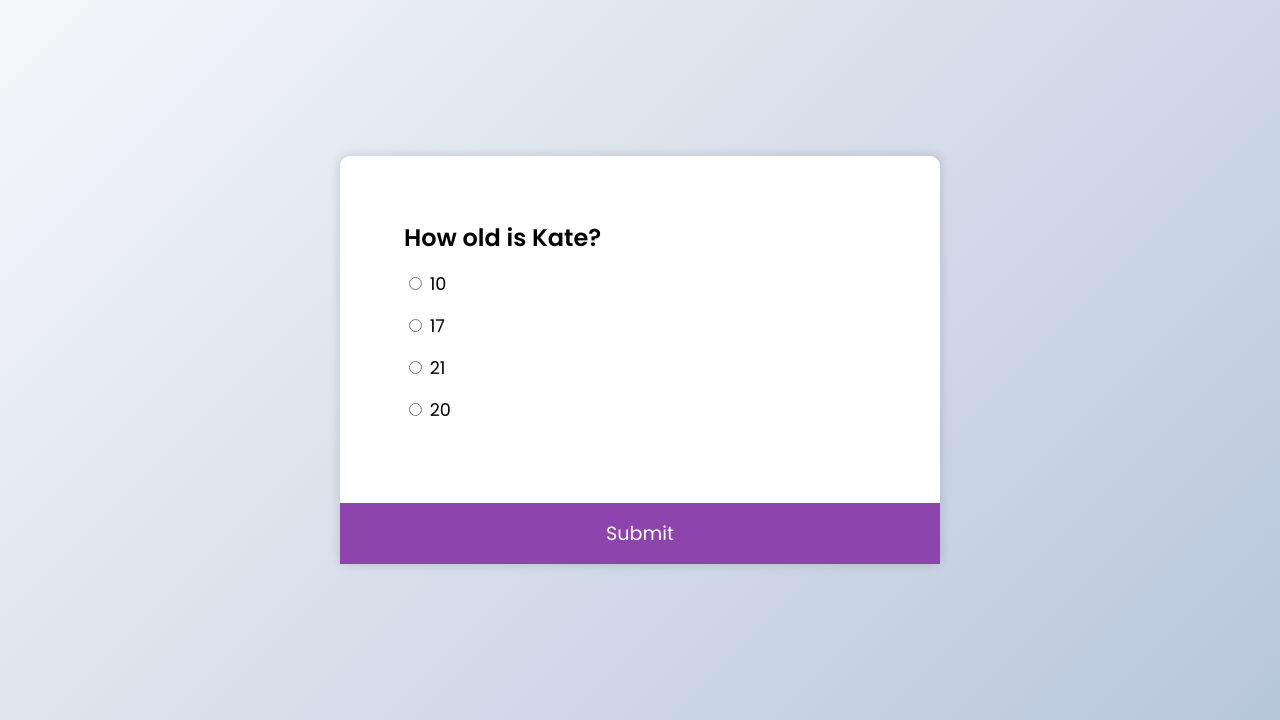
Repository: kate30980/projects-js-practice
Page: quiz-app/index.html
The author's editor kept a copy of each file at every save. The page is drawn from the files as they stood at one save, then again after the next save.
The browser window is 1280 px wide. The pictures show the whole page.
After loading, the first visible `#submit` was clicked once.

Above is the page before, as saved 2021-09-05 22:20:59.
Console error: ReferenceError: currentQuestion is not defined

### quiz-app/index.html
<!DOCTYPE html>
<html lang="en">

<head>
    <meta charset="UTF-8" />
    <meta name="viewport" content="width=device-width, initial-scale=1.0" />
    <title>Title</title>
    <link rel="stylesheet" href="style.css" />
    <script src="script.js" defer></script>
</head>

<body>
    <div class="quiz-container">
        <div class="quiz-header">
            <h2 id="question">Question text</h2>
            <ul>
                <li>
                    <input type="radio" id="a" name="answer">
                    <label id="a_text" for="a">Question</label>
                </li>
                <li>
                    <input type="radio" id="b" name="answer">
                    <label id="b_text" for="b">Question</label>
                </li>
                <li>
                    <input type="radio" id="c" name="answer">
                    <label id="c_text" for="c">Question</label>
                </li>
                <li>
                    <input type="radio" id="d" name="answer">
                    <label id="d_text" for="d">Question</label>
                </li>
            </ul>
        </div>
        <button id="submit">Submit</button>
    </div>
</body>

</html>

### quiz-app/style.css
@import url("https://fonts.googleapis.com/css2?family=Poppins:wght@200;400;600&display=swap");

* {
    box-sizing: border-box;
}

body {
    background-color: #b8c6db;
    background-image: linear-gradient(315deg,#b8c6db, #f5f7fa 100%);
    font-family: "Poppins", sans-serif;
    margin: 0;
    min-height: 100vh;

    display: flex;
    align-items: center;
    justify-content: center;

}

.quiz-container{
    background-color: #fff;
    width: 400px;
    border-radius: 10px;
    box-shadow: rgba(100, 100, 100, 0.2) 0px 0 10px 2px;
    width: 600px;
    max-width: 100%;
}
.quiz-header{
    padding: 4rem;
}
ul{
    list-style-type: none;
    padding: 0;
}
h2{
    margin: 0;
}
ul li{
    margin: 1rem 0;
    font-size: 1.1rem;
}
button{
    background-color:#8e44ad;
    display: block;
    width: 100%;
    padding: 1rem;
    color: white;
    font-family: inherit;
    border:none;
    cursor: pointer;
    font-size: 1.2rem;
}
button:hover{
    background-color: #732d91;
}

### quiz-app/script.js
const quizData = [
  {
    question: "How old is Kate?",
    a: "10",
    b: "17",
    c: "21",
    d: "20",
    correct: "c",
  },
  {
    question: "What is the best programming language?",
    a: "Javascript",
    b: "Python",
    c: "C++",
    d: "PHP",
    correct: "a",
  },
  {
    question: "Who is the president of US?",
    a: "Kate Le",
    b: "Donald Trump",
    c: "Barack Obama",
    d: "Bill Clinton",
    correct: "a",
  },
  {
    question: "Kate is the best girl in the world",
    a: "Damn true",
    b: "This is a correct answer",
    c: "Aboslutely",
    d: "Dont need to ask this stupid question",
    correct: "a",
  },
  {
    question: "What year was Javascript launch",
    a: "2020",
    b: "2019",
    c: "1995",
    d: "None of the above",
    correct: "c",
  },
];

const questionEl = document.getElementById("question");
const a_text = document.getElementById("a_text");
const b_text = document.getElementById("b_text");
const c_text = document.getElementById("c_text");
const d_text = document.getElementById("d_text");
const submitBtn = document.getElementById("submit");

let currentQuiz = 0;
loadQuiz();

function loadQuiz() {
  const currentQuizData = quizData[currentQuiz];

  questionEl.innerText = currentQuizData.question;
  a_text.innerText = currentQuizData.a;
  b_text.innerText = currentQuizData.b;
  c_text.innerText = currentQuizData.c;
  d_text.innerText = currentQuizData.d;
}

submitBtn.addEventListener("click", () => {
  currentQuestion++;
  loadQuiz();
});

After the next save:
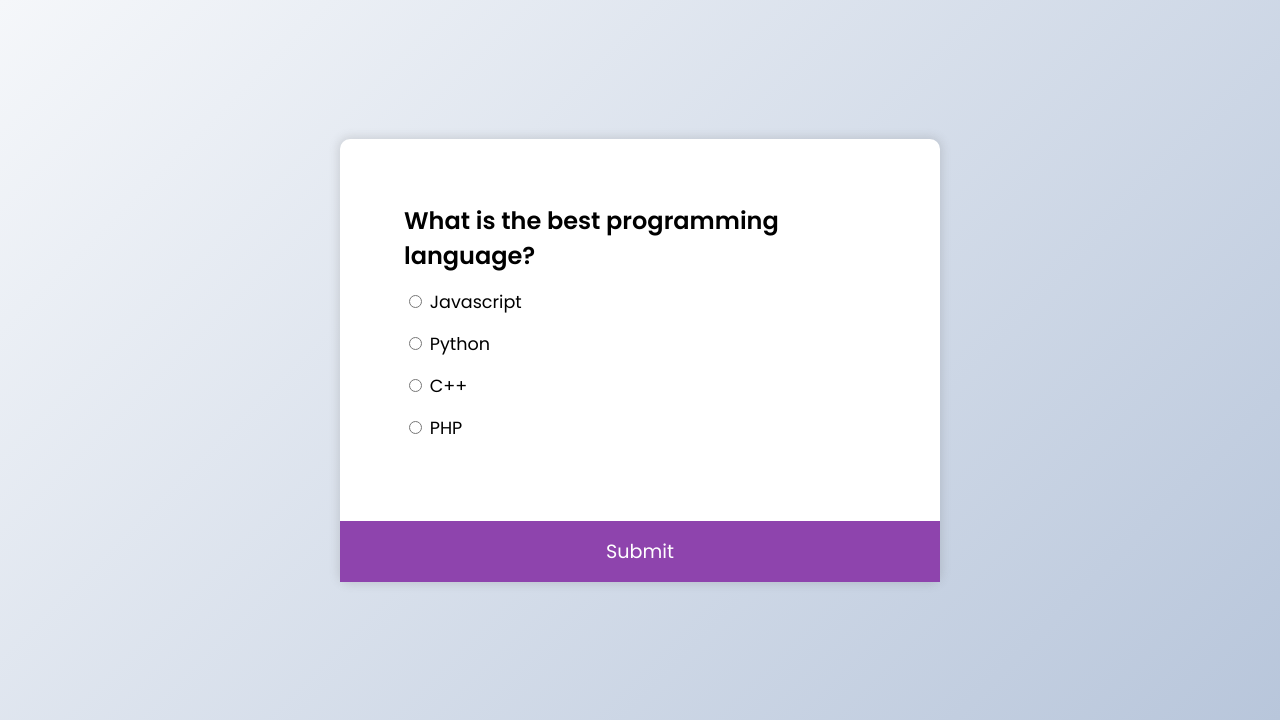
The error is gone.
Saved 13 s later.
--- a/quiz-app/script.js
+++ b/quiz-app/script.js
@@ -62,6 +62,6 @@ function loadQuiz() {
 }
 
 submitBtn.addEventListener("click", () => {
-  currentQuestion++;
+  currentQuiz++;
   loadQuiz();
 });
